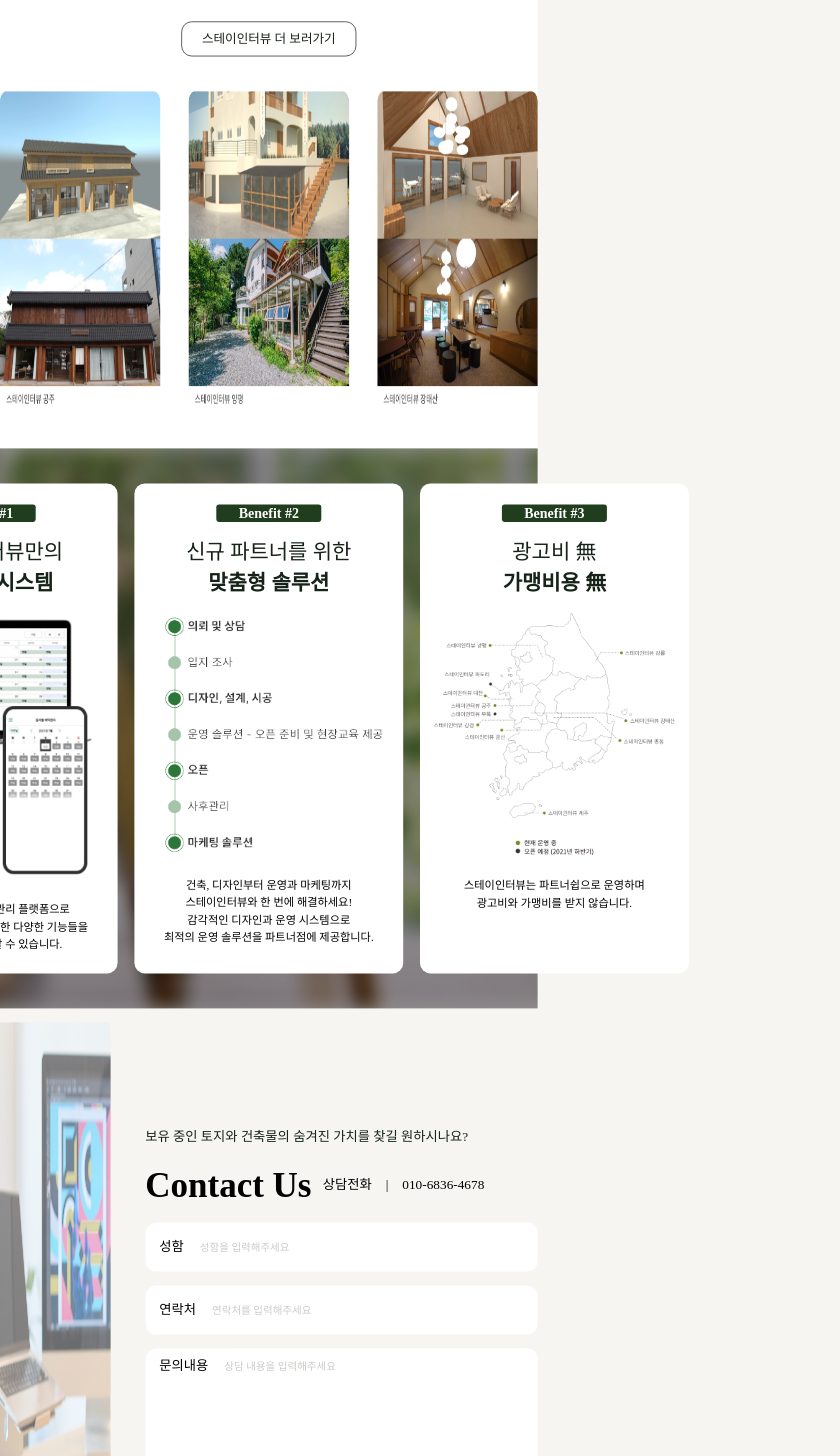
Repository: makeditWeb/stay_web
Page: /consulting
These files come from the project's save history. The page is drawn as it stood at one moment and after the next save; the edit follows.
The browser window is 768 px wide. The page is 1200 px wide, so the pictures cover 1200 px, including what lies to the right of the window. The pictures show the part of the page from y = 3771 to 5851 px (the page is 6620 px tall), at 70% of full size.
Some web fonts or font styles are not loaded; a fallback is used. The project was rebuilt for these pictures with package versions that can differ from the ones it lists, and the page was loaded fresh each time. Some packages were replaced by stand-ins written for this rebuild. The framework's server and built-in components were replaced by stand-ins that run in the browser. Also part of the build but not shown: next.config.js, next.config.mjs, src/styles/room-detail-modal.scss, src/styles/our-stay.scss, src/styles/login.scss, src/styles/sign-up.scss, src/styles/reservation-check.scss, src/styles/reservation-information.scss.

Above is the page before, as saved 2024-05-04 20:29:28.

After the next save:
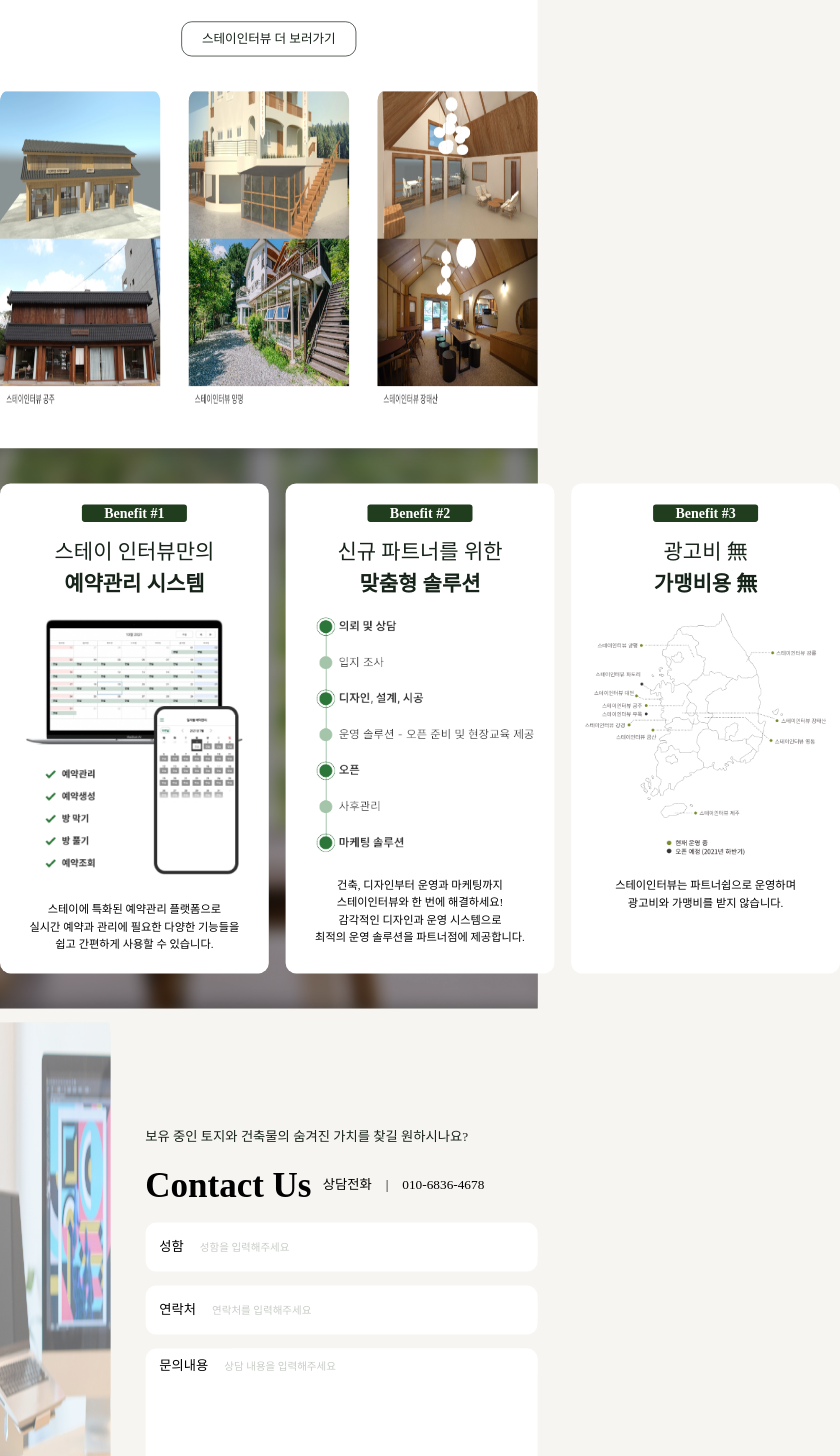
Saved 41 h 46 min later.
--- a/src/styles/consulting.scss
+++ b/src/styles/consulting.scss
@@ -270,6 +270,12 @@
     .box_benefit {
       height: 2300px;
     }
+  }
+}
+
+@media  (min-width:431px) and (max-width:768px) {
+  .box_benefit {
+    height: 2500px;
   }
 }
 
@@ -732,16 +738,19 @@
 }
 
 .container_benefit_content {
-  position: absolute;
-  top: 50%;
-  left: 50%;
-  transform: translate(-50%, -50%);
+  height: auto;
+  background: url(/consultingBgImg.png);
+  background-repeat: no-repeat;
+  background-position: center center;
+  background-size: cover;
+  padding: 50px 0;
 }
 
 .container_max1400 {
   width: 1200px;
   display: flex;
   justify-content: space-between;
+  margin: 0 auto;
 }
 
 .div_benefit_content {
